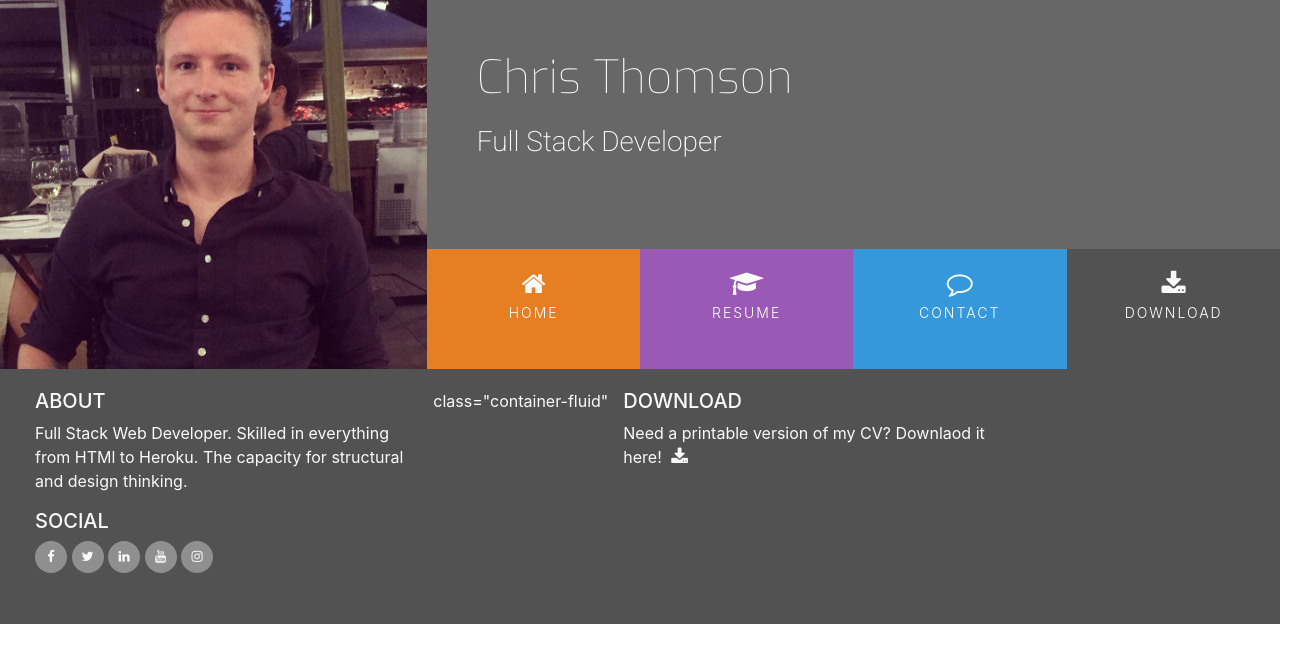
Repository: cthoms1993/Resume
Page: index.html
The author's editor kept a record of every edit. The page is drawn from the files as they stood at one moment, then again after the next edit.
The browser window is 1280 px wide. The page is 1280 px wide, then 1295 px, so the pictures cover 1295 px, including what lies to the right of the window. The pictures show the whole page.

Above is the page before.

After the next edit:
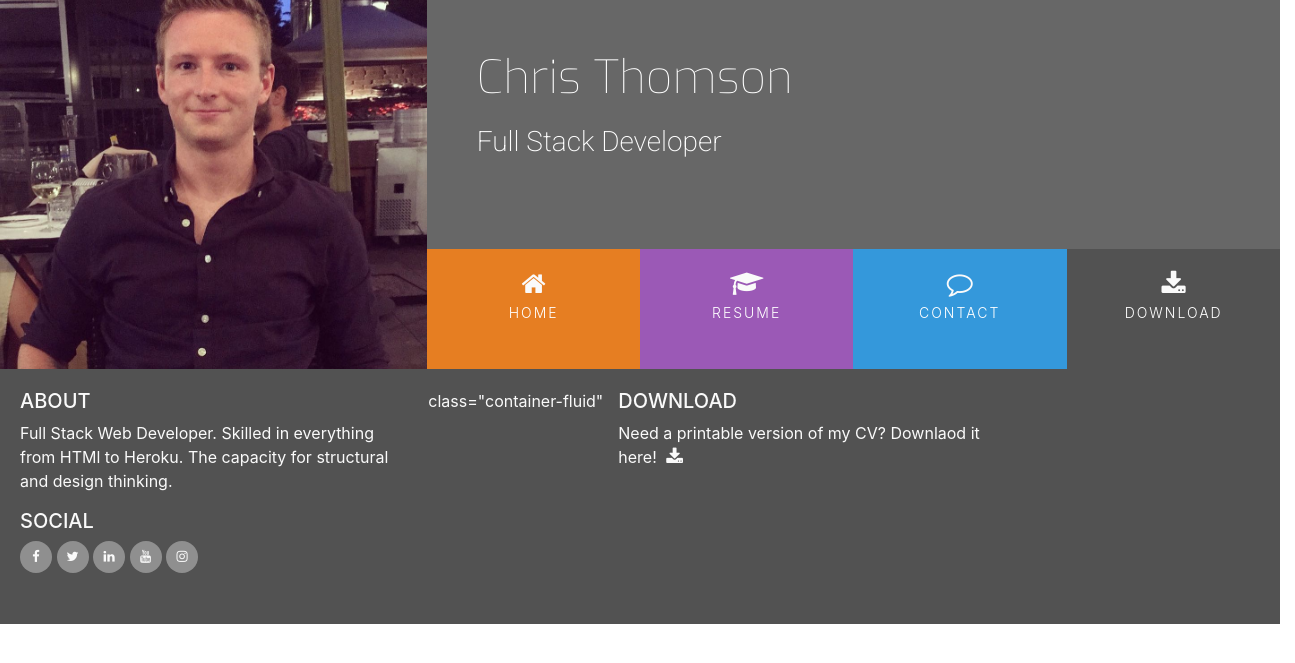
The edit:
--- a/index.html
+++ b/index.html
@@ -51,7 +51,7 @@
     <section>
 
     </section>
-    <footer class="container-fluid">
+    <footer>
         <div id="footer-details" class="row">
             <div class="col-sm-4">
                 <h5 class="uppercase general-sub">About</h5>
